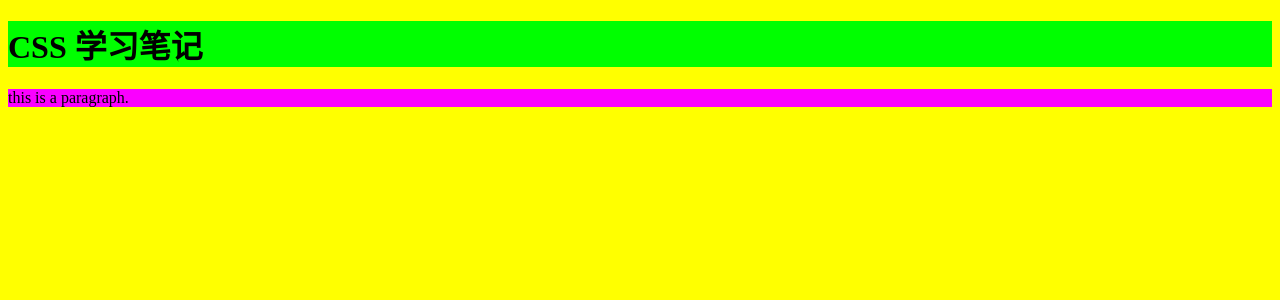
Repository: libelosophy/anjoyo
Page: workspace/QTalk/WebContent/html/cssdemo.html
These files come from the project's save history. The page is drawn as it stood at one moment and after the next save; the edit follows.
The browser window is 1280 px wide. The pictures show the whole page.

Above is the page before, as saved 2013-09-10 11:50:00.

### workspace/QTalk/WebContent/html/cssdemo.html
<!DOCTYPE html>
<html>
<head>

<meta charset="UTF-8">
<title>Insert title here</title>
<link rel="stylesheet" type="text/css" href="mystyle.css" />
</head>
<body>
	<h1>CSS 学习笔记</h1>
	<p>this is a paragraph.</p>


</body>
</html>

### workspace/QTalk/WebContent/html/mystyle.css
@CHARSET "UTF-8";

body {background-color: yellow}
h1 {background-color: #00ff00}
h2 {background-color: transparent}
p {background-color: rgb(250,0,255)}

After the next save:
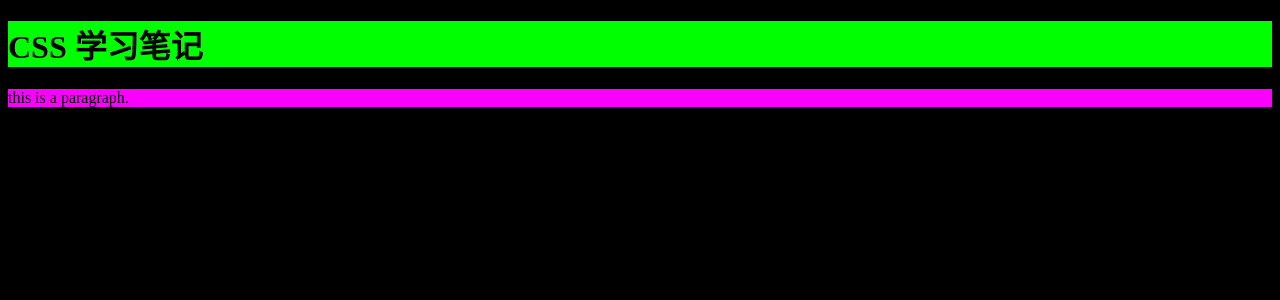
Saved 3 min 56 s later.
--- a/workspace/QTalk/WebContent/html/mystyle.css
+++ b/workspace/QTalk/WebContent/html/mystyle.css
@@ -1,6 +1,6 @@
 @CHARSET "UTF-8";
 
-body {background-color: yellow}
+body {background-color: black}
 h1 {background-color: #00ff00}
 h2 {background-color: transparent}
 p {background-color: rgb(250,0,255)}
